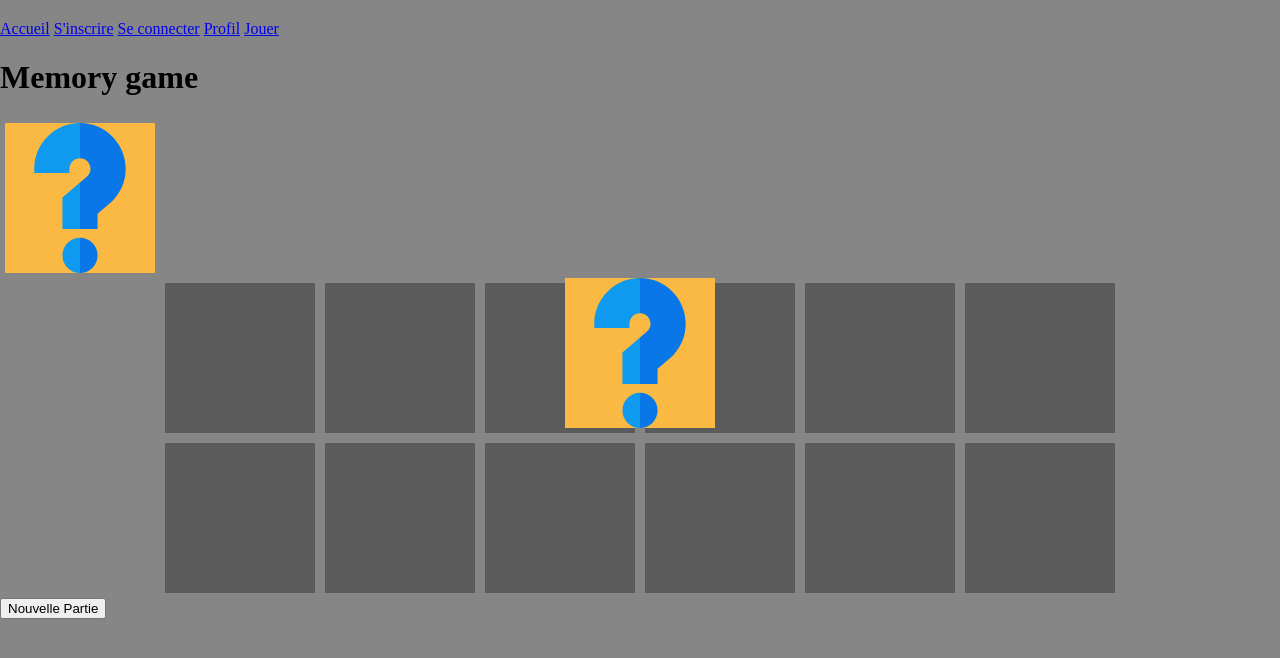
Repository: Ludmilla06/memory-game
Page: game.html
The author's editor kept a copy of each file at every save. The page is drawn from the files as they stood at one save, then again after the next save.
The browser window is 1280 px wide. The pictures show the whole page.

Above is the page before, as saved 2025-10-22 15:04:26.

After the next save:
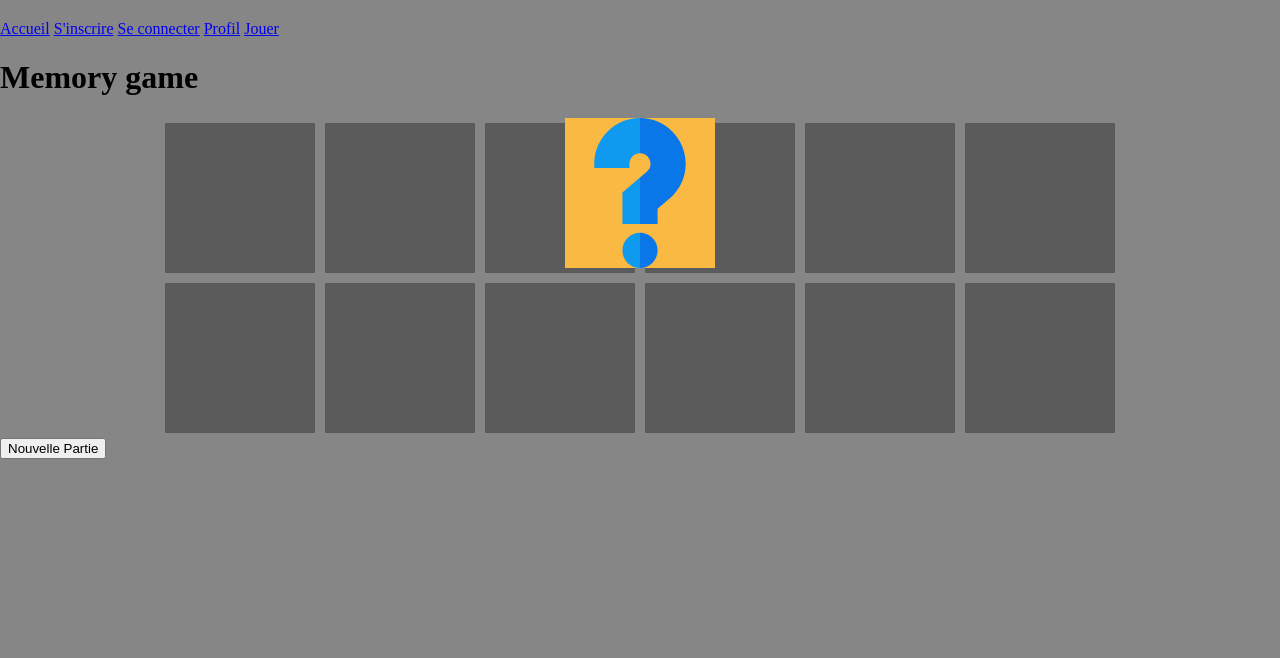
Saved 88 s later.
--- a/game.html
+++ b/game.html
@@ -19,10 +19,6 @@
     <h1>Memory game</h1>
     <div id="game">
       <section class="grid"></section>
-      <div class="card">
-        <div class="front"></div>
-        <div class="back"></div>
-      </div>
     </div>
     <button id="reset-btn">Nouvelle Partie</button>
     <script type="module" src="js/game.js"></script>
